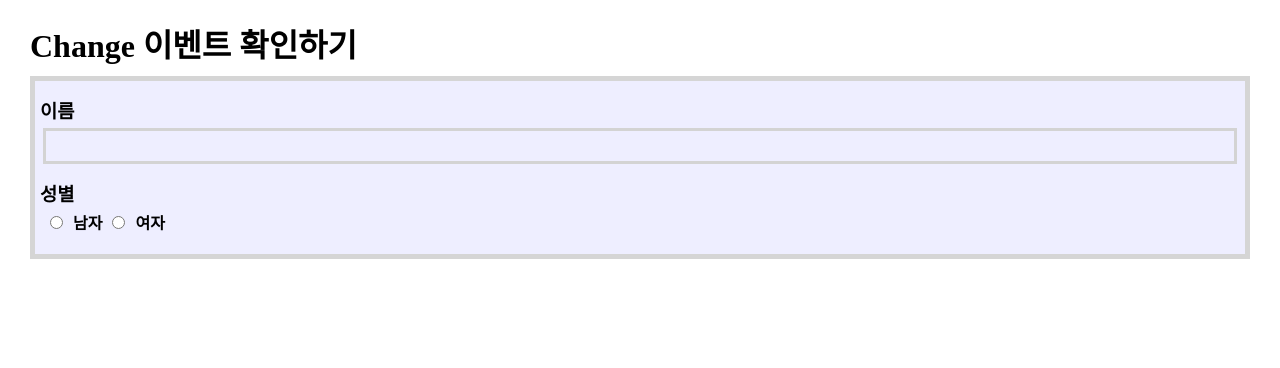
Repository: ssummini/Web
Page: jQuery/src/main/webapp/02_jQueryEvent/ exam09.html
These files come from the project's save history. The page is drawn as it stood at one moment and after the next save; the edit follows.
The browser window is 1280 px wide. The pictures show the whole page.

Above is the page before, as saved 2024-08-23 01:23:03.

After the next save:
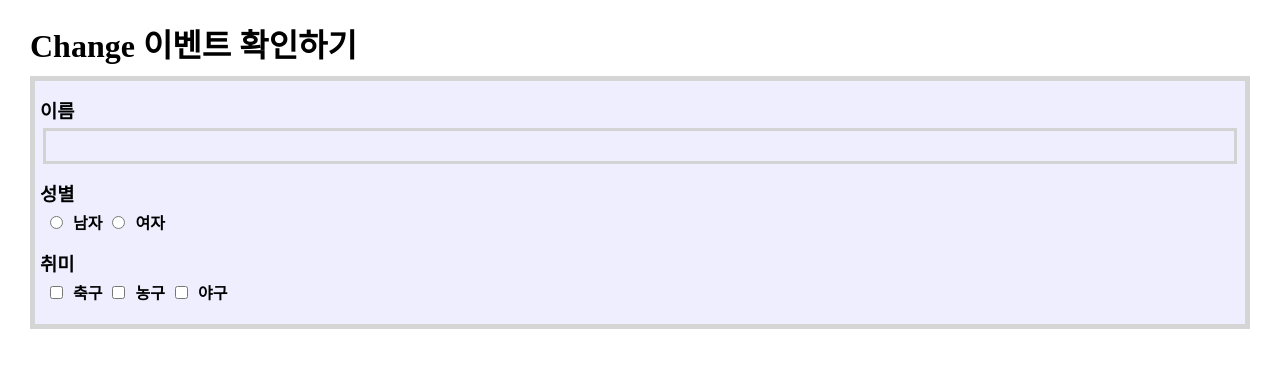
Saved 17 s later.
--- a/jQuery/src/main/webapp/02_jQueryEvent/ exam09.html
+++ b/jQuery/src/main/webapp/02_jQueryEvent/ exam09.html
@@ -11,10 +11,14 @@
 		<h3>이름</h3>
 		<input type="text" name="uesr_name" />
 
-
 		<h3>성별</h3>
 		<label><input type="radio" name="gender" value="man"/>남자</label>
 		<label><input type="radio" name="gender" value="woman"/>여자</label>
+
+		<h3>취미</h3>
+		<label><input type="checkbox" name="hobby" value="축구"/>축구</label>
+		<label><input type="checkbox" name="hobby" value="농구"/>농구</label>
+		<label><input type="checkbox" name="hobby" value="야구"/>야구</label>
 	</div>
 <script type="text/javascript" src="http://code.jquery.com/jquery-3.7.1.min.js"></script>
 <script type="text/javascript">
